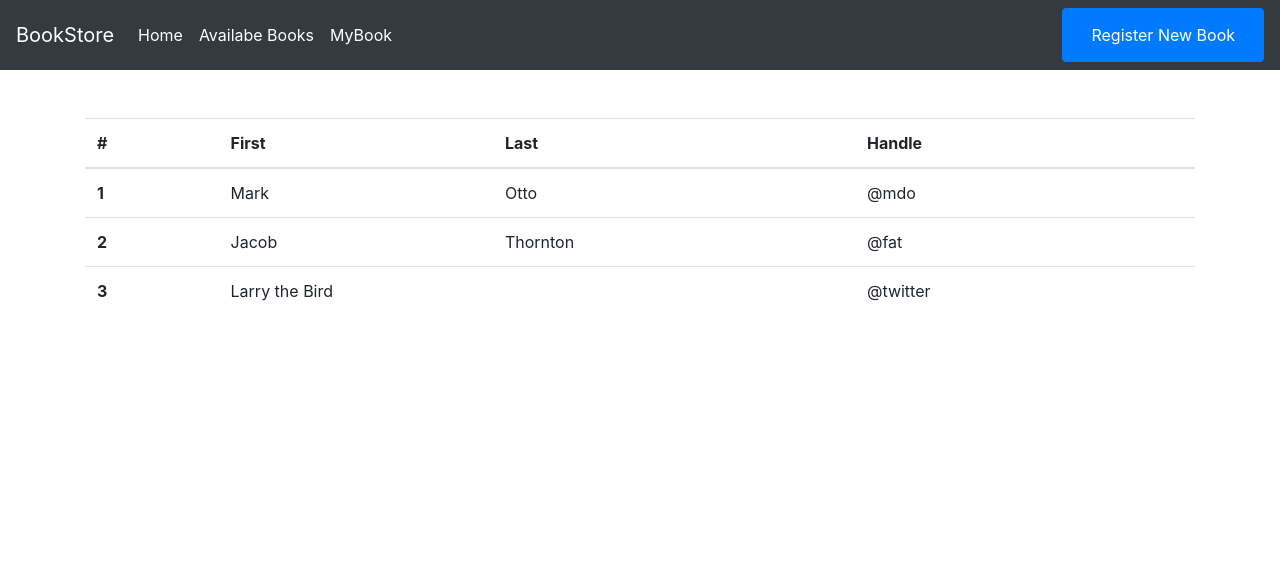
Repository: Sumanta-Sahoo/BookStoreApp
Page: bookstore/src/main/resources/static/availabeBooks.html
These files come from the project's save history. The page is drawn as it stood at one moment and after the next save; the edit follows.
The browser window is 1280 px wide. The pictures show the whole page.

Above is the page before, as saved 2024-03-15 12:29:06.

### bookstore/src/main/resources/static/availabeBooks.html
<!doctype html>
<html lang="en">

<head>
	<!-- Required meta tags -->
	<meta charset="utf-8">
	<meta name="viewport" content="width=device-width, initial-scale=1, shrink-to-fit=no">

	<!-- Bootstrap CSS -->
	<link rel="stylesheet" href="https://cdn.jsdelivr.net/npm/bootstrap@4.4.1/dist/css/bootstrap.min.css"
		integrity="sha384-Vkoo8x4CGsO3+Hhxv8T/Q5PaXtkKtu6ug5TOeNV6gBiFeWPGFN9MuhOf23Q9Ifjh" crossorigin="anonymous">

	<title>BookStore</title>
</head>

<body>
	<nav class="navbar navbar-expand-lg navbar-light bg-dark">
		<a class="navbar-brand text-white" href="#">BookStore</a>
		<button class="navbar-toggler" type="button" data-toggle="collapse" data-target="#navbarSupportedContent"
			aria-controls="navbarSupportedContent" aria-expanded="false" aria-label="Toggle navigation">
			<span class="navbar-toggler-icon"></span>
		</button>

		<div class="collapse navbar-collapse" id="navbarSupportedContent">
			<ul class="navbar-nav mr-auto">
				<li class="nav-item active">
					<a class="nav-link text-white" href="#">Home<span class="sr-only">(current)</span></a>
				</li>
				<li class="nav-item">
					<a class="nav-link text-white" href="availabe_books">Availabe Books</a>
				</li>
				<li class="nav-item">
					<a class="nav-link text-white" href="my_books">MyBook</a>
				</li>
			</ul>
			<div>
				<button type="button" class="btn btn-primary"><a class="nav-link text-white"
						href="bookRegister">Register New Book</a></button>
			</div>

		</div>
	</nav>


	<div class="container my-5">
		<table class="table table-white table-hover">
			<thead>
				<tr>
					<th scope="col">#</th>
					<th scope="col">First</th>
					<th scope="col">Last</th>
					<th scope="col">Handle</th>
				</tr>
			</thead>
			<tbody class="table-group-divider">
				<tr>
					<th scope="row">1</th>
					<td>Mark</td>
					<td>Otto</td>
					<td>@mdo</td>
				</tr>
				<tr>
					<th scope="row">2</th>
					<td>Jacob</td>
					<td>Thornton</td>
					<td>@fat</td>
				</tr>
				<tr>
					<th scope="row">3</th>
					<td colspan="2">Larry the Bird</td>
					<td>@twitter</td>
				</tr>
			</tbody>
		</table>
	</div>
	<!--
	<form>
		<div class="form-group">
			<label for="exampleInputEmail1">Email address</label>
			<input type="email" class="form-control" id="exampleInputEmail1" aria-describedby="emailHelp"
				placeholder="Enter email">
			<small id="emailHelp" class="form-text text-muted">We'll never share your email with anyone else.</small>
		</div>
		<div class="form-group">
			<label for="exampleInputPassword1">Password</label>
			<input type="password" class="form-control" id="exampleInputPassword1" placeholder="Password">
		</div>
		<div class="form-check">
			<input type="checkbox" class="form-check-input" id="exampleCheck1">
			<label class="form-check-label" for="exampleCheck1">Check me out</label>
		</div>
		<button type="submit" class="btn btn-primary">Submit</button>
	</form> -->

	<!-- Optional JavaScript -->
	<!-- jQuery first, then Popper.js, then Bootstrap JS -->
	<script src="https://code.jquery.com/jquery-3.4.1.slim.min.js"
		integrity="sha384-J6qa4849blE2+poT4WnyKhv5vZF5SrPo0iEjwBvKU7imGFAV0wwj1yYfoRSJoZ+n"
		crossorigin="anonymous"></script>
	<script src="https://cdn.jsdelivr.net/npm/popper.js@1.16.0/dist/umd/popper.min.js"
		integrity="sha384-Q6E9RHvbIyZFJoft+2mJbHaEWldlvI9IOYy5n3zV9zzTtmI3UksdQRVvoxMfooAo"
		crossorigin="anonymous"></script>
	<script src="https://cdn.jsdelivr.net/npm/bootstrap@4.4.1/dist/js/bootstrap.min.js"
		integrity="sha384-wfSDF2E50Y2D1uUdj0O3uMBJnjuUD4Ih7YwaYd1iqfktj0Uod8GCExl3Og8ifwB6"
		crossorigin="anonymous"></script>
</body>

</html>

After the next save:
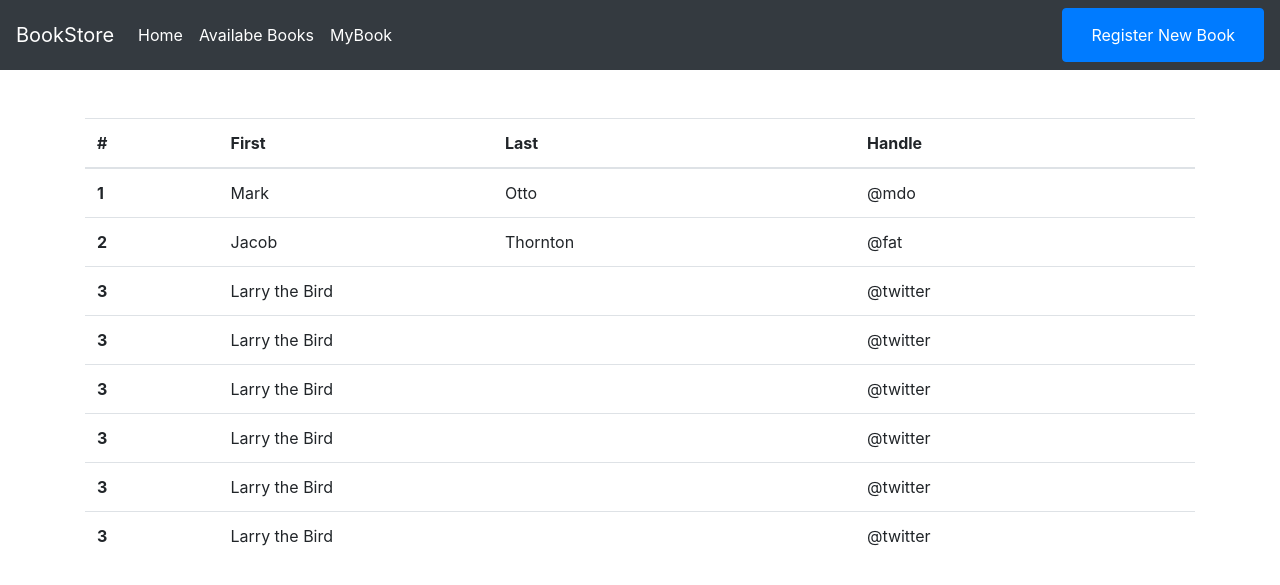
Saved 30 s later.
--- a/bookstore/src/main/resources/static/availabeBooks.html
+++ b/bookstore/src/main/resources/static/availabeBooks.html
@@ -70,6 +70,31 @@
 					<td colspan="2">Larry the Bird</td>
 					<td>@twitter</td>
 				</tr>
+				<tr>
+					<th scope="row">3</th>
+					<td colspan="2">Larry the Bird</td>
+					<td>@twitter</td>
+				</tr>
+				<tr>
+					<th scope="row">3</th>
+					<td colspan="2">Larry the Bird</td>
+					<td>@twitter</td>
+				</tr>
+				<tr>
+					<th scope="row">3</th>
+					<td colspan="2">Larry the Bird</td>
+					<td>@twitter</td>
+				</tr>
+				<tr>
+					<th scope="row">3</th>
+					<td colspan="2">Larry the Bird</td>
+					<td>@twitter</td>
+				</tr>
+				<tr>
+					<th scope="row">3</th>
+					<td colspan="2">Larry the Bird</td>
+					<td>@twitter</td>
+				</tr>
 			</tbody>
 		</table>
 	</div>
